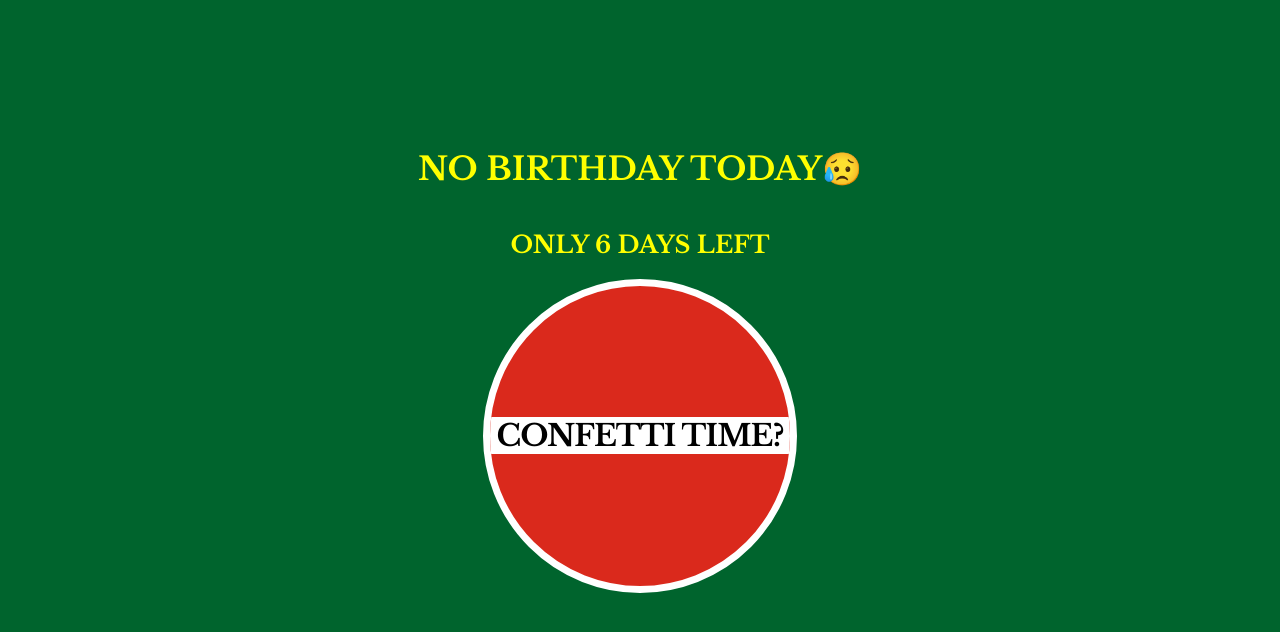
Repository: David-Waite/HannahsBirthdayWebsite
Page: /
The author's editor kept a copy of each file at every save. The page is drawn from the files as they stood at one save, then again after the next save.
The browser window is 1280 px wide. The pictures show the whole page.
The project was rebuilt for these pictures with package versions that can differ from the ones it lists, and the page was loaded fresh each time.

Above is the page before, as saved 2023-03-30 18:38:24.

After the next save:
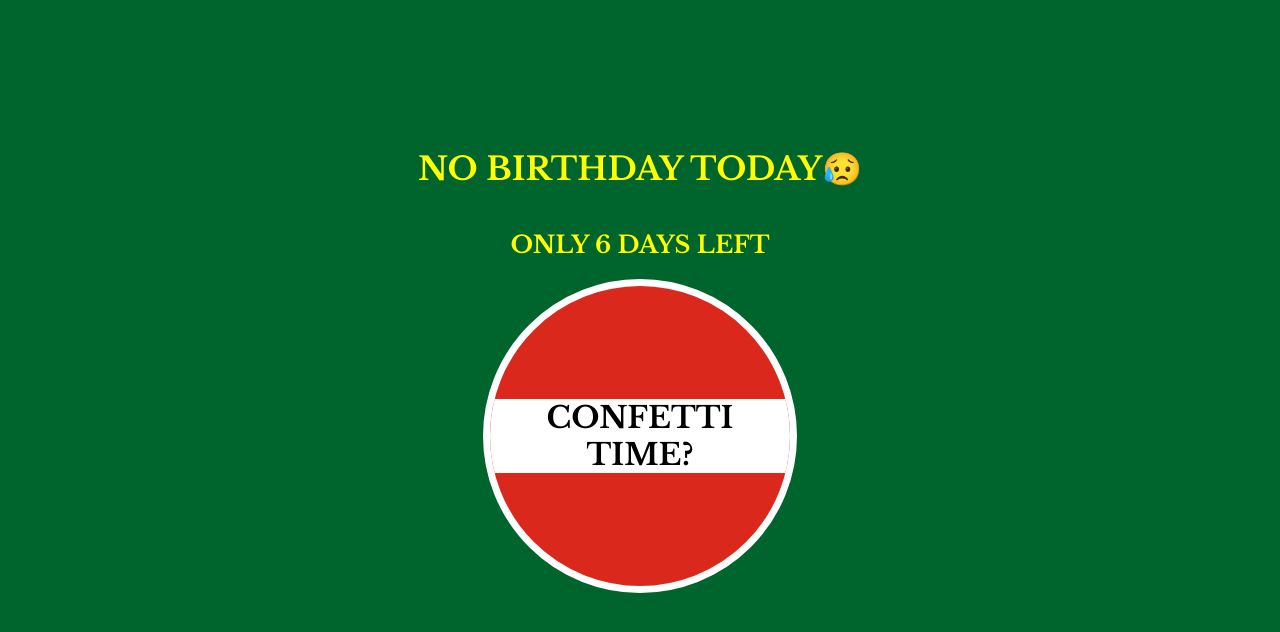
Saved 13 s later.
--- a/src/index.css
+++ b/src/index.css
@@ -36,7 +36,6 @@
   font-weight: bold;
   font-size: 30px;
   padding: 0;
-  letter-spacing: -1px;
 }
 
 .buttonCon:hover {

After the save that followed:
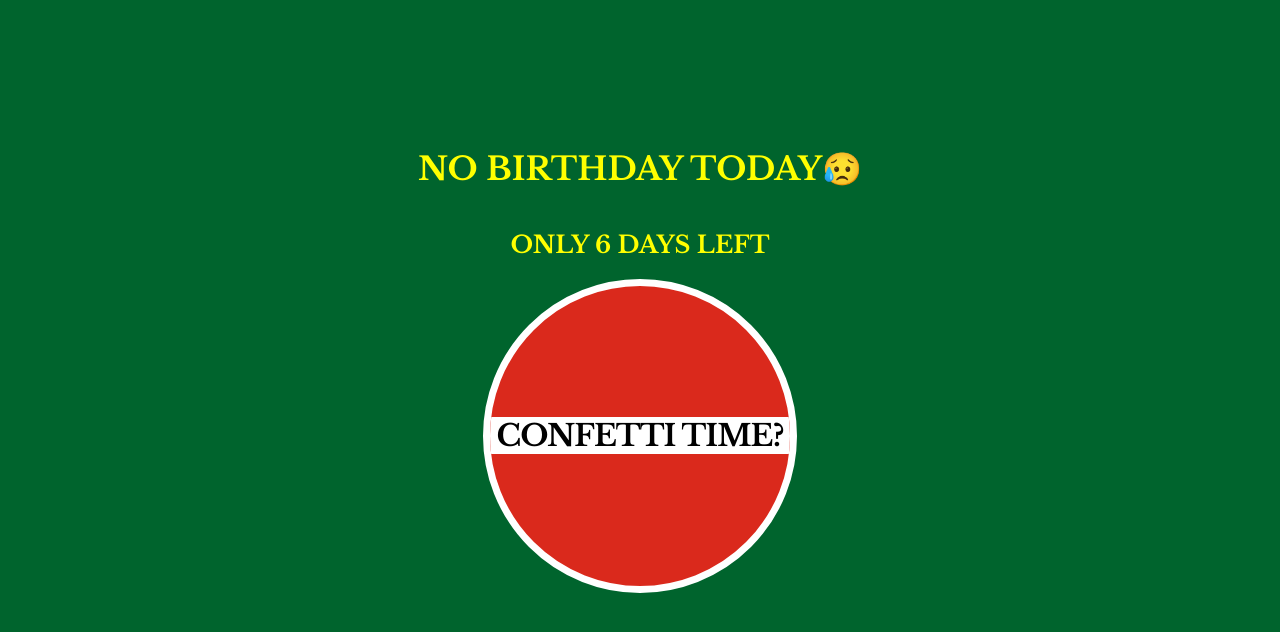
Saved 6 s later.
--- a/src/index.css
+++ b/src/index.css
@@ -36,6 +36,7 @@
   font-weight: bold;
   font-size: 30px;
   padding: 0;
+  letter-spacing: -1px;
 }
 
 .buttonCon:hover {
